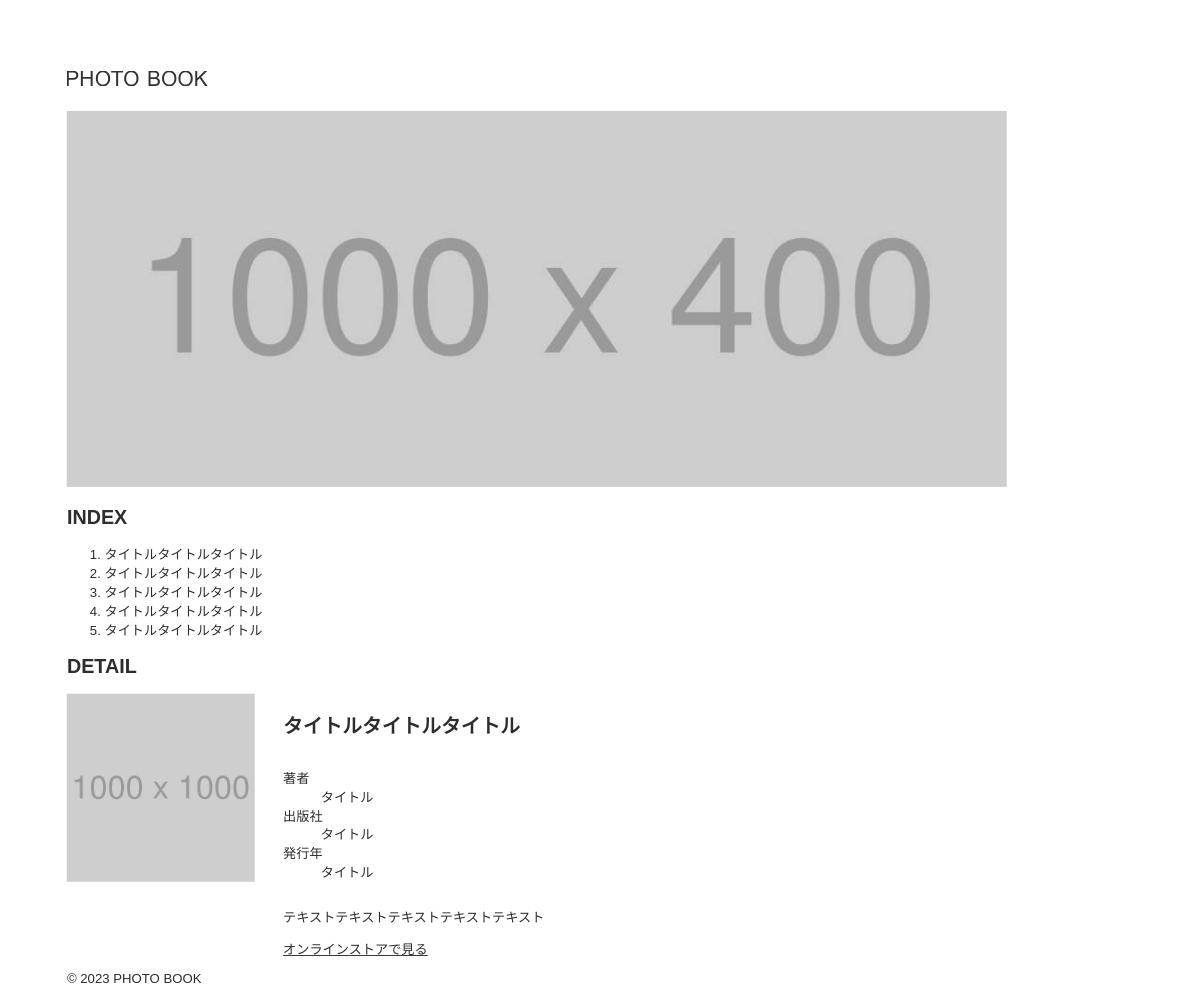
Repository: Fuki-san/photo-book-1
Page: http://localhost/photo
An editor plug-in stored every save of this project. The page is shown before and after a run of saves, followed by the edit.
The browser window is 1280 px wide. The pictures show the whole page, at 94% of full size.
The page is served by the project's Laravel application, run on PHP 8.4 with Laravel 10. Other server files are loaded and not shown.

Above is the page before, as saved 2023-11-26 16:02:36.

### routes/web.php
<?php

use Illuminate\Support\Facades\Route;

/*
|--------------------------------------------------------------------------
| Web Routes
|--------------------------------------------------------------------------
|
| Here is where you can register web routes for your application. These
| routes are loaded by the RouteServiceProvider and all of them will
| be assigned to the "web" middleware group. Make something great!
|
*/

Route::get('/', function () {
    return view('welcome');
});

Route::get('photo', function () {
    return view('photo');
});

### resources/views/photo.blade.php
@extends('layouts.main')

@section('title', 'photo')

@section('content')
    <header id="header" class="wrapper">
        <h1 class="site-title"><a href="#"><img src="img/logo.svg"></a></h1>
    </header>

    <main class="wrapper">
        <div id="mainvisual">
            <img src="img/mainvisual.jpg">
        </div>
        <section id="index">
            <h2 class="sec-title">INDEX</h2>
            <ol>
                <li>タイトルタイトルタイトル</li>
                <li>タイトルタイトルタイトル</li>
                <li>タイトルタイトルタイトル</li>
                <li>タイトルタイトルタイトル</li>
                <li>タイトルタイトルタイトル</li>
            </ol>
        </section>
        <section id="detail">
            <h2 class="sec-title">DETAIL</h2>
            <div class="flex-item">
                <div class="detail-img">
                    <img src="img/detail.jpg">
                </div>
                <div class="text">
                    <h2 class="sec-title">タイトルタイトルタイトル</h2>
                    <dl>
                        <dt>著者</dt>
                        <dd>タイトル</dd>
                        <dt>出版社</dt>
                        <dd>タイトル</dd>
                        <dt>発行年</dt>
                        <dd>タイトル</dd>
                    </dl>
                    <p>テキストテキストテキストテキストテキスト</p>
                    <a href="#">オンラインストアで見る</a>
                </div>
            </div>

        </section>
    </main>

    <footer id="footer" class="wrapper">
        <p class="copyright">&copy; 2023 PHOTO BOOK</p>
    </footer>
@endsection

### resources/views/layouts/main.blade.php
<!DOCTYPE html>
<html lang="ja">
<head>
    <meta charset="UTF-8">
    <meta name="viewport" content="width=device-width, initial-scale=1.0">
    <meta http-equiv="X-UA-Compatible" content="ie=edge">
    <link rel="stylesheet" href="{{ asset('css/reset.css') }}">
    <link rel="stylesheet" href="{{ asset('css/style.css') }}">
    <link rel="icon" href="img/favicon.ico">
    <title>@yield('title')</title>
</head>
<body>
    @yield('content')
</body>
</html>

### public/css/style.css
html{
    font-size: 100%;
}
body{
    color: #2d2d2d;
    font-family: Arial, Helvetica, sans-serif;
    font-size: 0.875rem;
}
img{
    max-width: 100%;
}

.wrapper {
    padding: 0 5%;
}
a{
    color: #2d2d2d;
}

#header .site-title{
    width: 150px;
}
#header .site-title a{
    display: block;
}
#header{
    margin-bottom: 10px;
    padding-top: 40px;
}

#mainvisual{
    vertical-align: bottom;
}

#index{
    margin: 0 auto;
    text-align: left;
}
#index ul{
    display: inline;
}

.detail-img{
    width: 200px;
}
.flex-item{
    display: flex;
}

.text{
    padding: 0 30px;
}
.text dl{
    display: inline-block;

}

### public/img/logo.svg
<?xml version="1.0" encoding="utf-8"?>
<!-- Generator: Adobe Illustrator 15.1.0, SVG Export Plug-In . SVG Version: 6.00 Build 0)  -->
<!DOCTYPE svg PUBLIC "-//W3C//DTD SVG 1.1//EN" "http://www.w3.org/Graphics/SVG/1.1/DTD/svg11.dtd">
<svg version="1.1" id="レイヤー_1" xmlns="http://www.w3.org/2000/svg" xmlns:xlink="http://www.w3.org/1999/xlink" x="0px"
	 y="0px" width="1400px" height="156px" viewBox="0 0 1400 156" enable-background="new 0 0 1400 156" xml:space="preserve">
<g>
	<path fill="#333333" d="M0,152.092V2.65h56.373c9.92,0,17.498,0.477,22.731,1.428c7.34,1.223,13.49,3.552,18.451,6.982
		c4.96,3.433,8.953,8.241,11.978,14.425c3.022,6.185,4.536,12.98,4.536,20.387c0,12.709-4.043,23.463-12.129,32.264
		c-8.09,8.802-22.699,13.202-43.834,13.202h-38.33v60.754H0z M19.775,73.702h38.636c12.775,0,21.847-2.379,27.217-7.136
		c5.369-4.757,8.053-11.451,8.053-20.082c0-6.252-1.581-11.604-4.741-16.056c-3.16-4.45-7.324-7.391-12.487-8.817
		c-3.33-0.883-9.481-1.325-18.452-1.325H19.775V73.702z"/>
	<path fill="#333333" d="M139.859,152.092V2.65h19.776v61.367h77.677V2.65h19.775v149.441h-19.775V81.652h-77.677v70.439H139.859z"
		/>
	<path fill="#333333" d="M288.174,79.309c0-24.805,6.66-44.224,19.98-58.258C321.473,7.019,338.667,0,359.735,0
		c13.795,0,26.232,3.298,37.309,9.889c11.076,6.593,19.521,15.784,25.332,27.574c5.811,11.791,8.716,25.163,8.716,40.112
		c0,15.155-3.059,28.713-9.175,40.674c-6.116,11.961-14.781,21.016-25.993,27.166c-11.214,6.15-23.311,9.226-36.291,9.226
		c-14.067,0-26.641-3.398-37.717-10.194c-11.079-6.794-19.471-16.071-25.179-27.829C291.029,104.86,288.174,92.425,288.174,79.309z
		 M308.562,79.614c0,18.01,4.843,32.197,14.527,42.559c9.684,10.364,21.831,15.546,36.442,15.546
		c14.884,0,27.131-5.231,36.75-15.699c9.615-10.464,14.423-25.313,14.423-44.546c0-12.165-2.057-22.784-6.167-31.856
		c-4.112-9.071-10.126-16.106-18.043-21.101c-7.917-4.995-16.804-7.493-26.656-7.493c-14,0-26.046,4.81-36.137,14.425
		C313.608,41.065,308.562,57.121,308.562,79.614z"/>
	<path fill="#333333" d="M490.425,152.092V20.286h-49.237V2.65h118.451v17.636h-49.439v131.806H490.425z"/>
	<path fill="#333333" d="M570.14,79.309c0-24.805,6.658-44.224,19.979-58.258C603.438,7.019,620.632,0,641.7,0
		c13.794,0,26.23,3.298,37.309,9.889c11.076,6.593,19.522,15.784,25.331,27.574c5.813,11.791,8.717,25.163,8.717,40.112
		c0,15.155-3.059,28.713-9.176,40.674c-6.114,11.961-14.779,21.016-25.992,27.166s-23.311,9.226-36.291,9.226
		c-14.068,0-26.641-3.398-37.717-10.194c-11.078-6.794-19.47-16.071-25.179-27.829C572.994,104.86,570.14,92.425,570.14,79.309z
		 M590.526,79.614c0,18.01,4.843,32.197,14.527,42.559c9.685,10.364,21.83,15.546,36.442,15.546
		c14.883,0,27.132-5.231,36.748-15.699c9.615-10.464,14.424-25.313,14.424-44.546c0-12.165-2.057-22.784-6.166-31.856
		c-4.113-9.071-10.127-16.106-18.043-21.101c-7.918-4.995-16.804-7.493-26.658-7.493c-14,0-26.044,4.81-36.136,14.425
		C595.572,41.065,590.526,57.121,590.526,79.614z"/>
	<path fill="#333333" d="M812.43,152.092V2.65h56.066c11.416,0,20.573,1.514,27.472,4.537c6.896,3.024,12.3,7.68,16.209,13.966
		c3.907,6.286,5.861,12.861,5.861,19.724c0,6.39-1.732,12.404-5.198,18.044c-3.467,5.641-8.7,10.193-15.7,13.659
		c9.039,2.65,15.987,7.172,20.848,13.558c4.857,6.389,7.289,13.933,7.289,22.631c0,7-1.479,13.506-4.435,19.521
		c-2.957,6.016-6.612,10.652-10.958,13.915c-4.352,3.261-9.806,5.726-16.363,7.391c-6.558,1.666-14.593,2.497-24.106,2.497H812.43z
		 M832.206,65.444h32.313c8.768,0,15.053-0.576,18.859-1.733c5.027-1.493,8.818-3.975,11.366-7.439
		c2.548-3.468,3.822-7.815,3.822-13.049c0-4.961-1.188-9.328-3.567-13.099c-2.38-3.773-5.776-6.354-10.192-7.748
		c-4.419-1.393-11.997-2.09-22.733-2.09h-29.868V65.444z M832.206,134.457h37.208c6.386,0,10.872-0.237,13.455-0.715
		c4.552-0.814,8.358-2.173,11.417-4.077c3.058-1.901,5.571-4.672,7.544-8.308c1.971-3.634,2.956-7.832,2.956-12.589
		c0-5.571-1.428-10.414-4.281-14.526c-2.854-4.111-6.814-6.999-11.876-8.665c-5.063-1.664-12.354-2.497-21.865-2.497h-34.558
		V134.457z"/>
	<path fill="#333333" d="M946.479,79.309c0-24.805,6.659-44.224,19.979-58.258C979.776,7.019,996.972,0,1018.039,0
		c13.794,0,26.23,3.298,37.309,9.889c11.077,6.593,19.521,15.784,25.331,27.574c5.812,11.791,8.717,25.163,8.717,40.112
		c0,15.155-3.058,28.713-9.175,40.674s-14.781,21.016-25.994,27.166s-23.311,9.226-36.29,9.226
		c-14.068,0-26.641-3.398-37.717-10.194c-11.078-6.794-19.47-16.071-25.18-27.829C949.332,104.86,946.479,92.425,946.479,79.309z
		 M966.865,79.614c0,18.01,4.842,32.197,14.526,42.559c9.685,10.364,21.83,15.546,36.442,15.546
		c14.884,0,27.133-5.231,36.749-15.699c9.615-10.464,14.424-25.313,14.424-44.546c0-12.165-2.057-22.784-6.166-31.856
		c-4.113-9.071-10.127-16.106-18.044-21.101c-7.917-4.995-16.803-7.493-26.657-7.493c-14.001,0-26.044,4.81-36.136,14.425
		C971.91,41.065,966.865,57.121,966.865,79.614z"/>
	<path fill="#333333" d="M1108.865,79.309c0-24.805,6.66-44.224,19.979-58.258C1142.163,7.019,1159.357,0,1180.426,0
		c13.794,0,26.23,3.298,37.31,9.889c11.076,6.593,19.521,15.784,25.332,27.574c5.811,11.791,8.715,25.163,8.715,40.112
		c0,15.155-3.059,28.713-9.175,40.674c-6.115,11.961-14.779,21.016-25.993,27.166s-23.312,9.226-36.29,9.226
		c-14.068,0-26.642-3.398-37.719-10.194c-11.078-6.794-19.469-16.071-25.177-27.829
		C1111.719,104.86,1108.865,92.425,1108.865,79.309z M1129.254,79.614c0,18.01,4.842,32.197,14.525,42.559
		c9.684,10.364,21.831,15.546,36.442,15.546c14.882,0,27.131-5.231,36.749-15.699c9.615-10.464,14.424-25.313,14.424-44.546
		c0-12.165-2.057-22.784-6.167-31.856c-4.113-9.071-10.127-16.106-18.043-21.101c-7.917-4.995-16.804-7.493-26.658-7.493
		c-13.999,0-26.044,4.81-36.135,14.425C1134.298,41.065,1129.254,57.121,1129.254,79.614z"/>
	<path fill="#333333" d="M1276.45,152.092V2.65h19.776V76.76l74.211-74.109h26.81l-62.691,60.552l65.444,88.89h-26.096
		l-53.213-75.638l-24.465,23.854v51.784H1276.45z"/>
</g>
</svg>

After the next 3 saves:
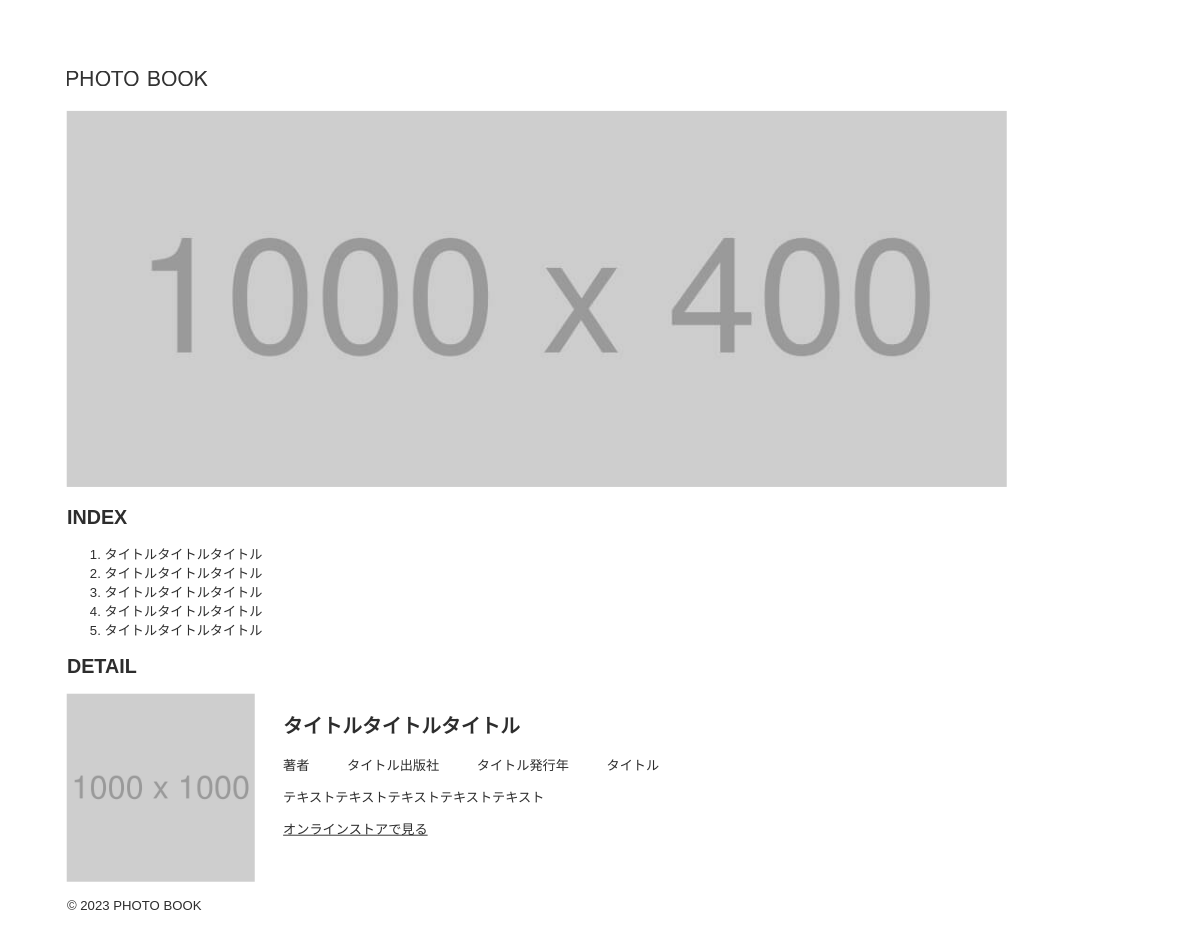
The 3 saves are shown as one change because they came seconds apart.
The last was saved 12 s later.
--- a/public/css/style.css
+++ b/public/css/style.css
@@ -51,6 +51,6 @@ a{
     padding: 0 30px;
 }
 .text dl{
-    display: inline-block;
-
+    display: flex;
+    flex-wrap: wrap;
 }
